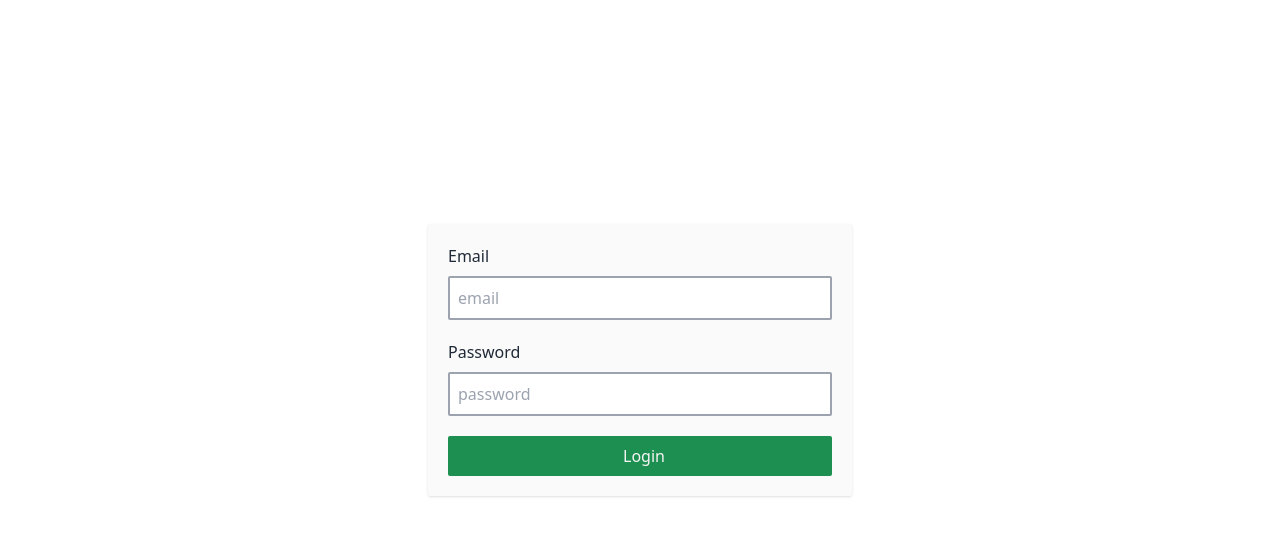
Repository: Sanaa00/Green-Exchange-AdminPanel
Page: /
These files come from the project's save history. The page is drawn as it stood at one moment and after the next save; the edit follows.
The browser window is 1280 px wide. The pictures show the whole page.
The project was rebuilt for these pictures with package versions that can differ from the ones it lists, and the page was loaded fresh each time. Also part of the build but not shown: vite.config.js, src/Component/Pagination.jsx, src/Pages/HideProducts.jsx, src/features/products.jsx, src/Component/Loading.jsx, src/Pages/Products.jsx, src/Component/Logo.jsx, src/Component/Sidbar.jsx and 8 more.

Above is the page before, as saved 2024-01-29 20:58:08.

After the next save:
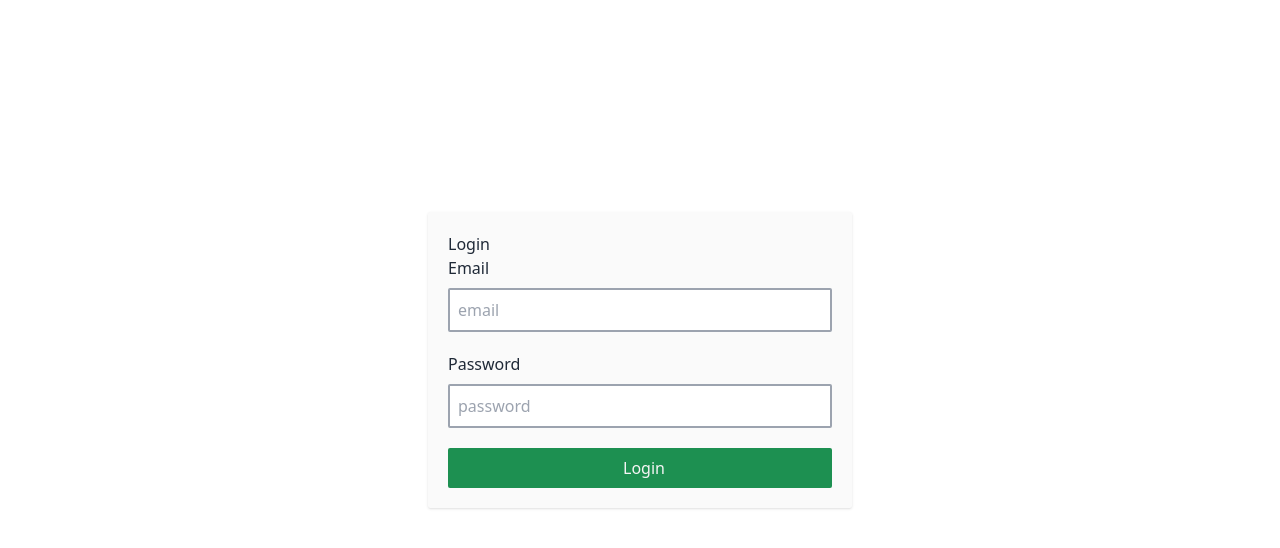
Saved 48 s later.
--- a/src/Pages/Login.jsx
+++ b/src/Pages/Login.jsx
@@ -37,6 +37,7 @@ function Login() {
   return (
     <div className="flex flex-col text-gray-800 items-center justify-center h-screen ">
       <div className="bg-neutral-50 p-5 rounded-sm shadow">
+        <p>Login</p>
         <div className=" flex flex-col ">
           <label htmlFor="Username">Email</label>
           <input
